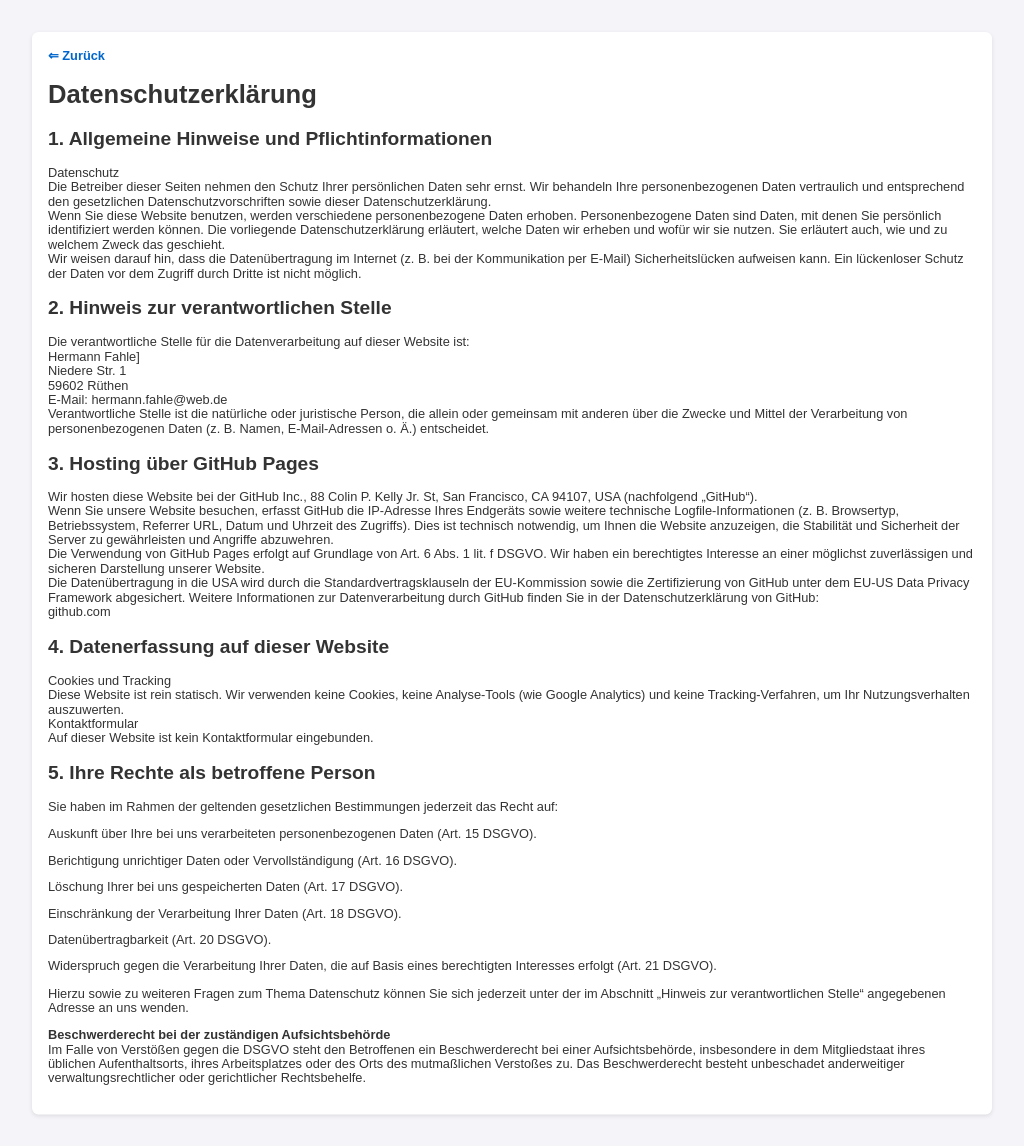
Repository: h-fahle/h-fahle.github.io
Page: datenschutz.html
The author's editor kept a copy of each file at every save. The page is drawn from the files as they stood at one save, then again after the next save.
The browser window is 1280 px wide. The pictures show the whole page, at 80% of full size.

Above is the page before, as saved 2026-05-24 14:38:44.

### datenschutz.html
<!DOCTYPE html>
<html lang="de">
<head>
    <meta charset="UTF-8">
    <meta name="viewport" content="width=device-width, initial-scale=1.0">
    <title>Dokumentenübersicht</title>
    <style>
        body {
            margin: 0;
            font-family: Arial, sans-serif;
            display: flex;
            flex-direction: column;
            min-height: 100vh;
            background-color: #f4f4f9;
            color: #333;
        }
        footer {
            margin-top: auto; /* Drückt den Footer an den unteren Rand */
            background-color: #f1f1f1;
            text-align: center;
        }
        .container {
            background: #fff;
            margin: 40px;
            padding: 20px;
            border-radius: 8px;
            box-shadow: 0 2px 5px rgba(0,0,0,0.1);
        }
        ul {
            list-style-type: none;
            padding: 0;
        }
        li {
            margin: 15px 0;
        }
        a {
            text-decoration: none;
            color: #0066cc;
            font-weight: bold;
        }
        a:hover {
            text-decoration: underline;
        }
    </style>
</head>
<body>

<div class="container">

<a href="javascript:history.back()">⇐ Zurück</a>

<h1>Datenschutzerklärung</h1>

<h2>1. Allgemeine Hinweise und Pflichtinformationen</h2>
<p>Datenschutz<br>Die Betreiber dieser Seiten nehmen den Schutz Ihrer persönlichen Daten sehr ernst. Wir behandeln Ihre personenbezogenen Daten vertraulich und entsprechend den gesetzlichen Datenschutzvorschriften sowie dieser Datenschutzerklärung.<br>Wenn Sie diese Website benutzen, werden verschiedene personenbezogene Daten erhoben. Personenbezogene Daten sind Daten, mit denen Sie persönlich identifiziert werden können. Die vorliegende Datenschutzerklärung erläutert, welche Daten wir erheben und wofür wir sie nutzen. Sie erläutert auch, wie und zu welchem Zweck das geschieht.<br>Wir weisen darauf hin, dass die Datenübertragung im Internet (z. B. bei der Kommunikation per E-Mail) Sicherheitslücken aufweisen kann. Ein lückenloser Schutz der Daten vor dem Zugriff durch Dritte ist nicht möglich.</p>

<h2>2. Hinweis zur verantwortlichen Stelle</h2>
<p>Die verantwortliche Stelle für die Datenverarbeitung auf dieser Website ist:<br>
    Hermann Fahle]<br>
    Niedere Str. 1<br>
    59602 Rüthen<br>
    E-Mail: hermann.fahle@web.de<br>
Verantwortliche Stelle ist die natürliche oder juristische Person, die allein oder gemeinsam mit anderen über die Zwecke und Mittel der Verarbeitung von personenbezogenen Daten (z. B. Namen, E-Mail-Adressen o. Ä.) entscheidet.</p>

<h2>3. Hosting über GitHub Pages</h2>
<p>Wir hosten diese Website bei der GitHub Inc., 88 Colin P. Kelly Jr. St, San Francisco, CA 94107, USA (nachfolgend „GitHub“).<br>Wenn Sie unsere Website besuchen, erfasst GitHub die IP-Adresse Ihres Endgeräts sowie weitere technische Logfile-Informationen (z. B. Browsertyp, Betriebssystem, Referrer URL, Datum und Uhrzeit des Zugriffs). Dies ist technisch notwendig, um Ihnen die Website anzuzeigen, die Stabilität und Sicherheit der Server zu gewährleisten und Angriffe abzuwehren.<br>Die Verwendung von GitHub Pages erfolgt auf Grundlage von Art. 6 Abs. 1 lit. f DSGVO. Wir haben ein berechtigtes Interesse an einer möglichst zuverlässigen und sicheren Darstellung unserer Website.<br>Die Datenübertragung in die USA wird durch die Standardvertragsklauseln der EU-Kommission sowie die Zertifizierung von GitHub unter dem EU-US Data Privacy Framework abgesichert. Weitere Informationen zur Datenverarbeitung durch GitHub finden Sie in der Datenschutzerklärung von GitHub:<br>github.com</p>

<h2>4. Datenerfassung auf dieser Website</h2>
<p>Cookies und Tracking<br>Diese Website ist rein statisch. Wir verwenden keine Cookies, keine Analyse-Tools (wie Google Analytics) und keine Tracking-Verfahren, um Ihr Nutzungsverhalten auszuwerten.<br>Kontaktformular<br>Auf dieser Website ist kein Kontaktformular eingebunden.</p>

<h2>5. Ihre Rechte als betroffene Person</h2>
<p>Sie haben im Rahmen der geltenden gesetzlichen Bestimmungen jederzeit das Recht auf:</p>
<ul>
<li>Auskunft über Ihre bei uns verarbeiteten personenbezogenen Daten (Art. 15 DSGVO).</li>
<li>Berichtigung unrichtiger Daten oder Vervollständigung (Art. 16 DSGVO).</li>
<li>Löschung Ihrer bei uns gespeicherten Daten (Art. 17 DSGVO).</li>
<li>Einschränkung der Verarbeitung Ihrer Daten (Art. 18 DSGVO).</li>
<li>Datenübertragbarkeit (Art. 20 DSGVO).</li>
<li>Widerspruch gegen die Verarbeitung Ihrer Daten, die auf Basis eines berechtigten Interesses erfolgt (Art. 21 DSGVO).</li>
</ul>

<p>Hierzu sowie zu weiteren Fragen zum Thema Datenschutz können Sie sich jederzeit unter der im Abschnitt „Hinweis zur verantwortlichen Stelle“ angegebenen Adresse an uns wenden.</p>

<p><strong>Beschwerderecht bei der zuständigen Aufsichtsbehörde</strong><br>Im Falle von Verstößen gegen die DSGVO steht den Betroffenen ein Beschwerderecht bei einer Aufsichtsbehörde, insbesondere in dem Mitgliedstaat ihres üblichen Aufenthaltsorts, ihres Arbeitsplatzes oder des Orts des mutmaßlichen Verstoßes zu. Das Beschwerderecht besteht unbeschadet anderweitiger verwaltungsrechtlicher oder gerichtlicher Rechtsbehelfe.</p>

</div>

</body>
</html>

After the next save:
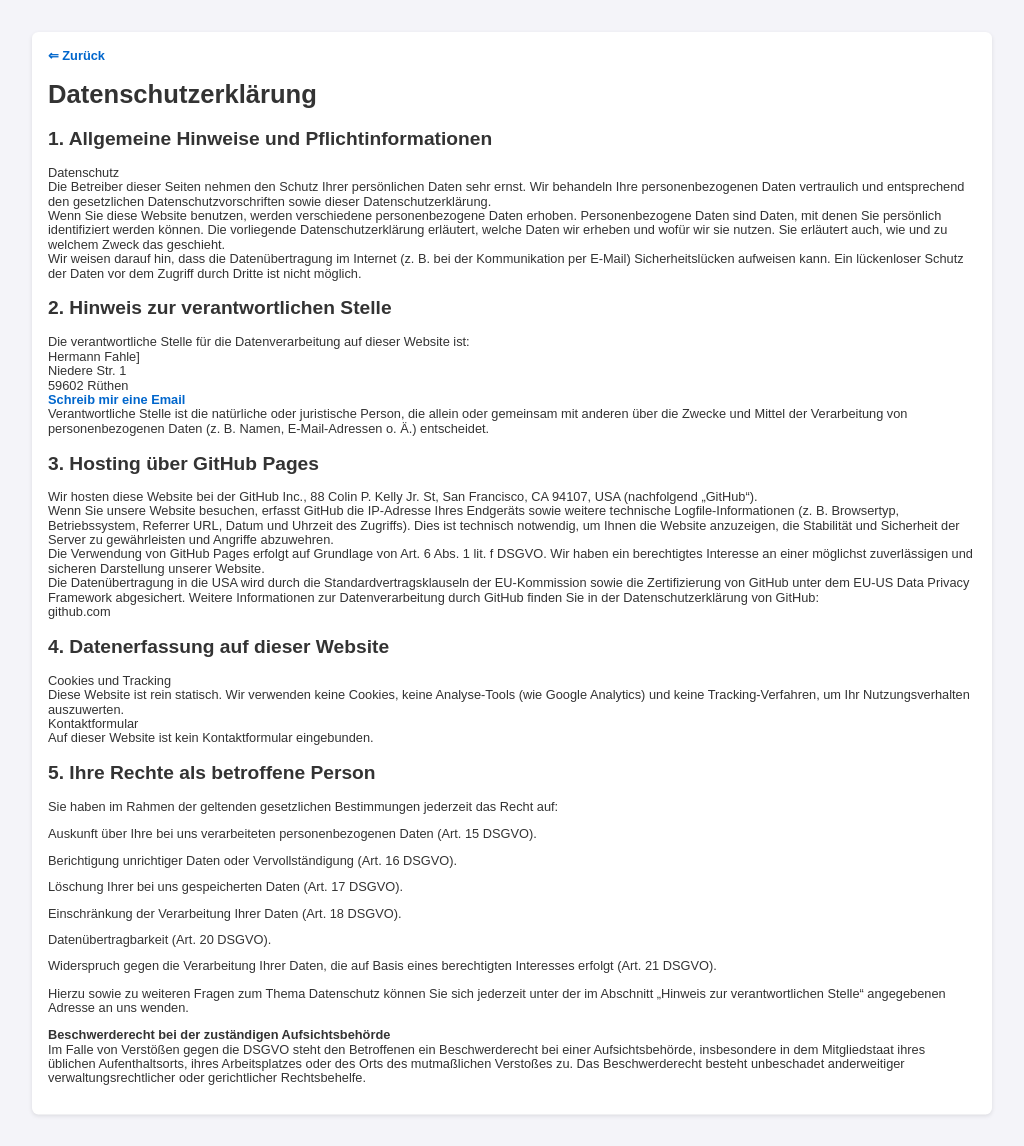
Saved 23 s later.
--- a/datenschutz.html
+++ b/datenschutz.html
@@ -59,7 +59,10 @@
     Hermann Fahle]<br>
     Niedere Str. 1<br>
     59602 Rüthen<br>
-    E-Mail: hermann.fahle@web.de<br>
+    <script type="text/javascript"><!--/* Generated by www.email-encoder.com */
+for(var rzihyi=["Uw","cg","ZQ","bQ","Yg","Lg","Lg","PQ","YQ","IA","dw","Yg","QA","dA","aA","ZA","Zg","aQ","aQ","aA","Ig","cg","YQ","ZQ","bQ","PA","ZQ","ZQ","Lw","bg","bQ","Ig","aA","ZQ","RQ","bQ","PA","YQ","bA","aQ","bA","ZQ","aA","Og","aQ","IA","YQ","bg","YQ","IA","bw","Yw","YQ","Zg","aQ","Pg","Pg","cg","IA","bA","ZQ","cg","ZQ","bg"],yvucyj=[38,4,5,19,32,23,33,7,62,54,30,44,29,13,40,34,24,58,43,16,36,41,20,35,46,60,17,50,61,22,9,8,26,53,55,56,0,1,59,47,27,28,3,15,11,49,10,52,57,2,14,39,25,6,51,63,37,48,45,12,31,18,42,21],jkyurl=new Array,i=0;i<yvucyj.length;i++)jkyurl[yvucyj[i]]=rzihyi[i];for(var i=0;i<jkyurl.length;i++)document.write(atob(jkyurl[i]+"=="));
+// --></script><noscript>Please enable JavaScript to see the email address (<a href="https://www.email-encoder.com/enablejs/" target="_blank" rel="noopener noreferrer">How-to</a>).</noscript>
+    <br>
 Verantwortliche Stelle ist die natürliche oder juristische Person, die allein oder gemeinsam mit anderen über die Zwecke und Mittel der Verarbeitung von personenbezogenen Daten (z. B. Namen, E-Mail-Adressen o. Ä.) entscheidet.</p>
 
 <h2>3. Hosting über GitHub Pages</h2>
